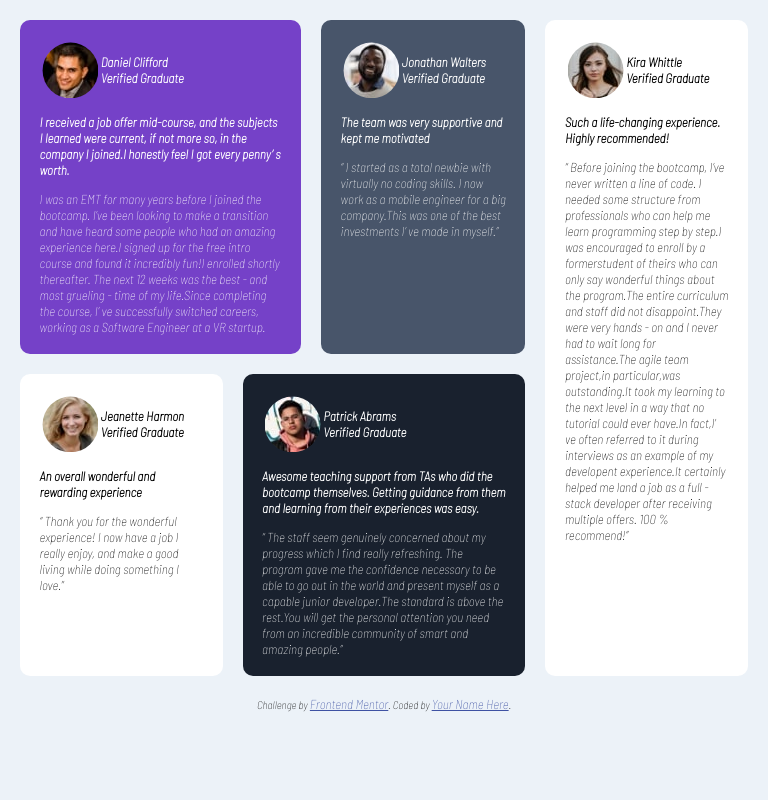
Repository: ibtihelbs/testimonials-grid-section-main
Page: index.html
The author's editor kept a copy of each file at every save. The page is drawn from the files as they stood at one save, then again after the next save.
The browser window is 768 px wide. The pictures show the whole page.

Above is the page before, as saved 2022-04-13 17:21:49.

After the next save:
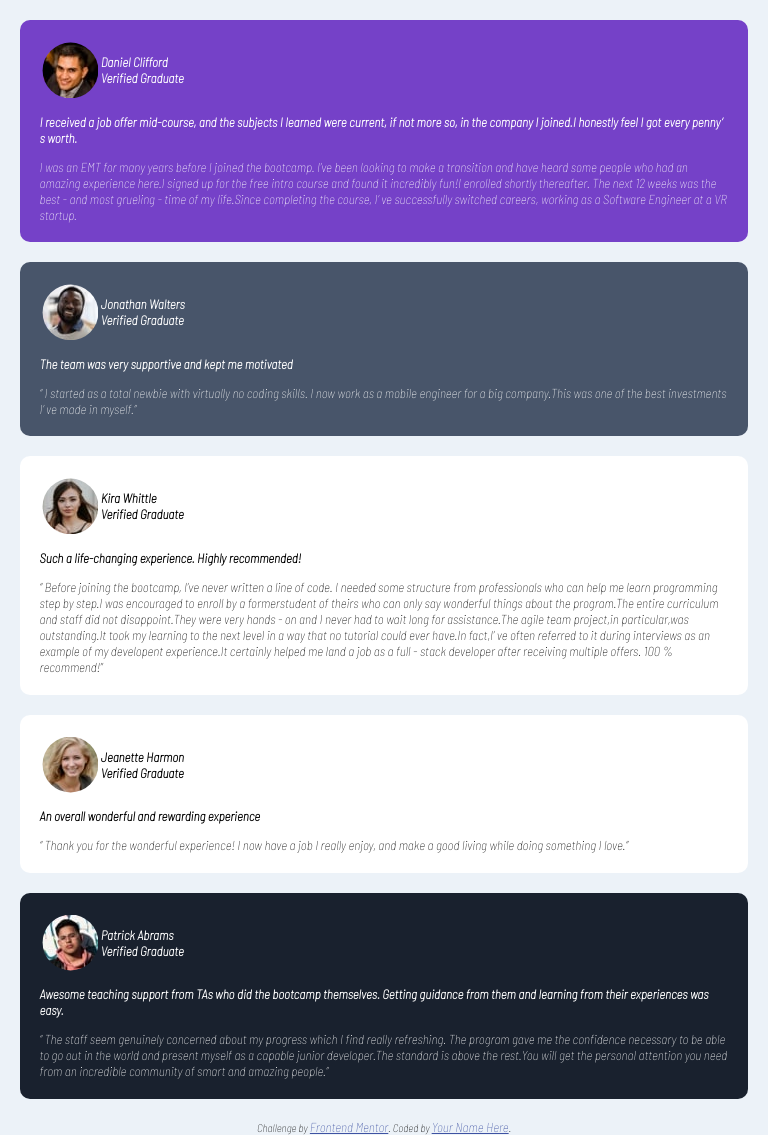
Saved 31 s later.
--- a/style.css
+++ b/style.css
@@ -92,6 +92,7 @@
   align-items: center;
 }
 @media (max-width:800px) {
+  main {
   display: grid;
   grid-template-areas:
      'first'
